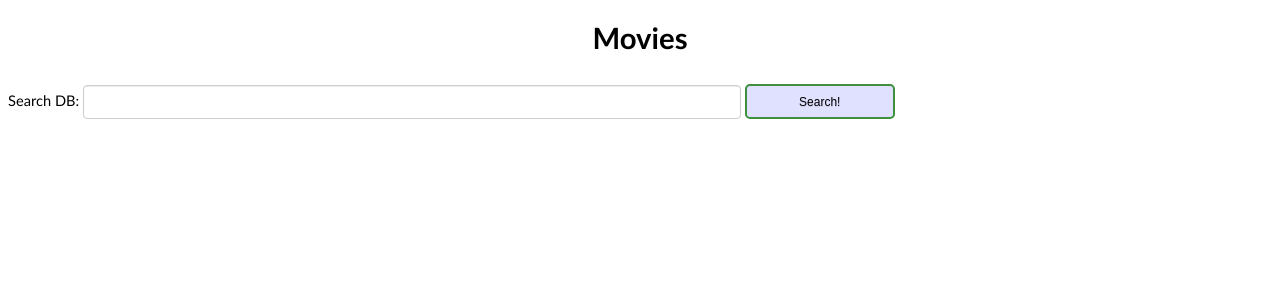
Repository: mxd369/webprogramming2
Page: http://localhost/project2Movies/movie.html
The author's editor kept a copy of each file at every save. The page is drawn from the files as they stood at one save, then again after the next save.
The browser window is 1280 px wide. The pictures show the whole page.
The page is served by Tomcat 9. Other server files are loaded and not shown.

Above is the page before, as saved 2017-03-01 00:24:29.

### project2Movies/WebContent/movie.html
<!DOCTYPE html>
<html>
<head>
<meta charset="UTF-8">
<link href="css/style.css" rel="stylesheet" type="text/css">
<title>Movies</title>
</head>
<body>
<h1 id="land">Movies</h1>

	<form action="ThoughtBoundary" method="post">
		<label for="nt">Search DB:</label>
		<input type="text" name="newthought" id="nt" class="textcl" />
		<button name="addthought" value="addthought" class="btn">Search!</button>
		<input type="hidden" name="uname" value="${user}"/>
	</form>



</body>
</html>

### project2Movies/WebContent/css/style.css
@CHARSET "UTF-8";

body {
	font-family: "Trebuchet MS",Arial,Helvetica,sans-serif;
	font-size: 11pt;
}

#header {
	width: 100%;
	height: 50px;
	background-color: #333;
	color: #ffffff;
	border-radius: 5px;
	vertical-align: middle;
}

#header h3 {
	float: left;
	margin-left: 10px;
	font-size: 12pt;
	display: inline;
}

#header p {
	color: #ffffff;
	float: right;
	margin-right: 10px;
	text-transform: capitalize;
}

.tclass {
	margin: 10px;
	font-size: 10pt;
}

#login {
	width: 40%;
	margin: auto;
	margin-top: 50px;
	background-color: #f7f7f7;
	height: 100px;
	padding: 90px 50px 50px;
	border-radius: 5px;

}

#thoughttable {
	width: 50%;
	border-collapse: collapse;

}

#thoughttable td {
	padding: 10px;
}
 .oddRow {
	background-color:#e4e4e4;
}

.btn {
	width: 150px;
	background-color: #E0E0FF;
	border: 2px solid #3e8f3e;
    color: #000;
    text-shadow: 0 1px rgba(0, 0, 0, 0.1);
    border-radius: 5px;
    height: 35px;
    font-size: 12px;
    margin-top:10px;
}
.btn:focus, .btn:hover {
	background-color: #9999ff;
	background-position: 0 -15px;
}

.btn:active {
	background-color: #419641;
    border-color: #3e8f3e;
    box-shadow: 0 3px 5px rgba(0, 0, 0, 0.125) inset;
}

.textcl {
	background-color: #fff;
    background-image: none;
    border: 1px solid #ccc;
    border-radius: 4px;
    box-shadow: 0 1px 1px rgba(0, 0, 0, 0.075) inset;
    color: #555;
    font-size: 14px;
    line-height: 1.42857;
    padding: 6px 12px;
    transition: border-color 0.15s ease-in-out 0s, box-shadow 0.15s ease-in-out 0s;
    margin-bottom: 10px;
    width: 50%;
}


#land {
	text-align: center;
}

After the next save:
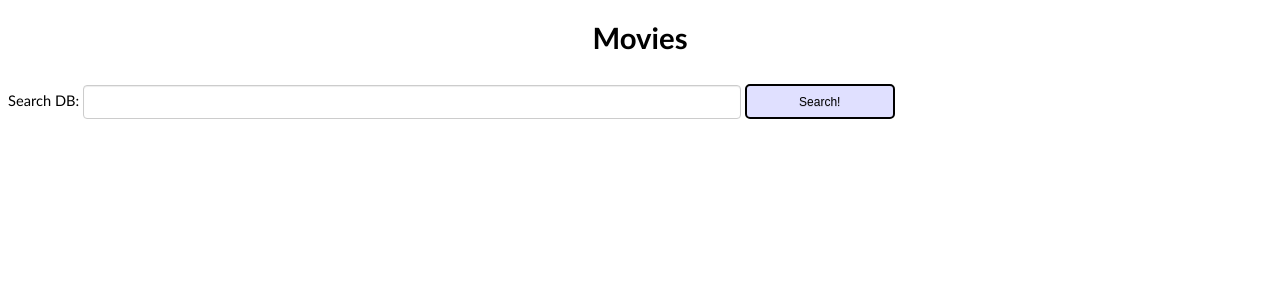
Saved 10 s later.
--- a/project2Movies/WebContent/css/style.css
+++ b/project2Movies/WebContent/css/style.css
@@ -60,7 +60,7 @@ body {
 .btn {
 	width: 150px;
 	background-color: #E0E0FF;
-	border: 2px solid #3e8f3e;
+	border: 2px solid #000;
     color: #000;
     text-shadow: 0 1px rgba(0, 0, 0, 0.1);
     border-radius: 5px;
